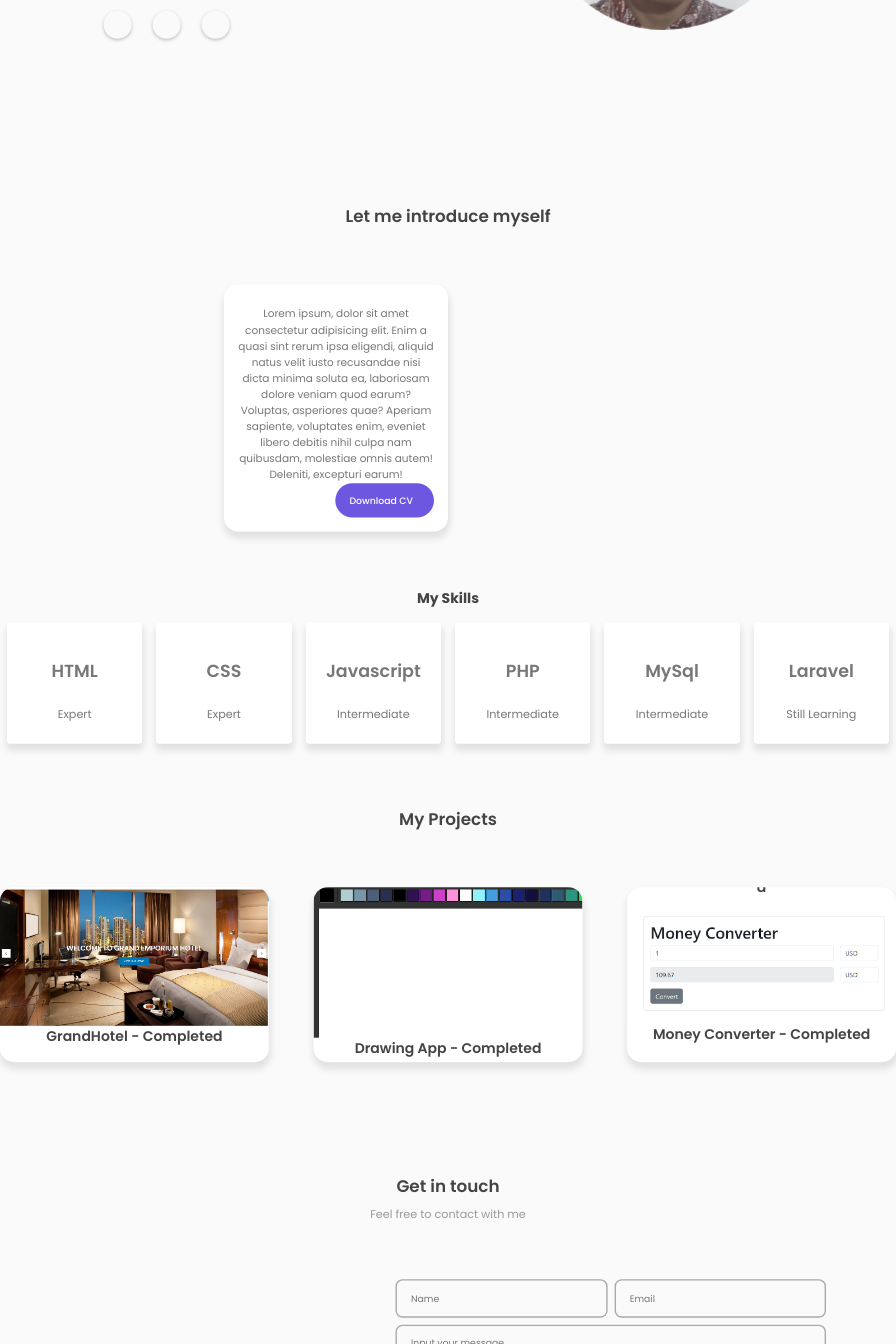
Repository: 4Kbrain/Portofolio
Page: index.html
An editor plug-in stored every save of this project. The page is shown before and after a run of saves, followed by the edit.
The browser window is 1280 px wide. The pictures show the part of the page from y = 508 to 2428 px (the page is 3116 px tall), at 70% of full size.
Some icons come from a web library that is not loaded, so they are not drawn.

Above is the page before, as saved 2024-05-15 19:15:55.
Console error: ReferenceError: ScrollReveal is not defined

After the next 4 saves:
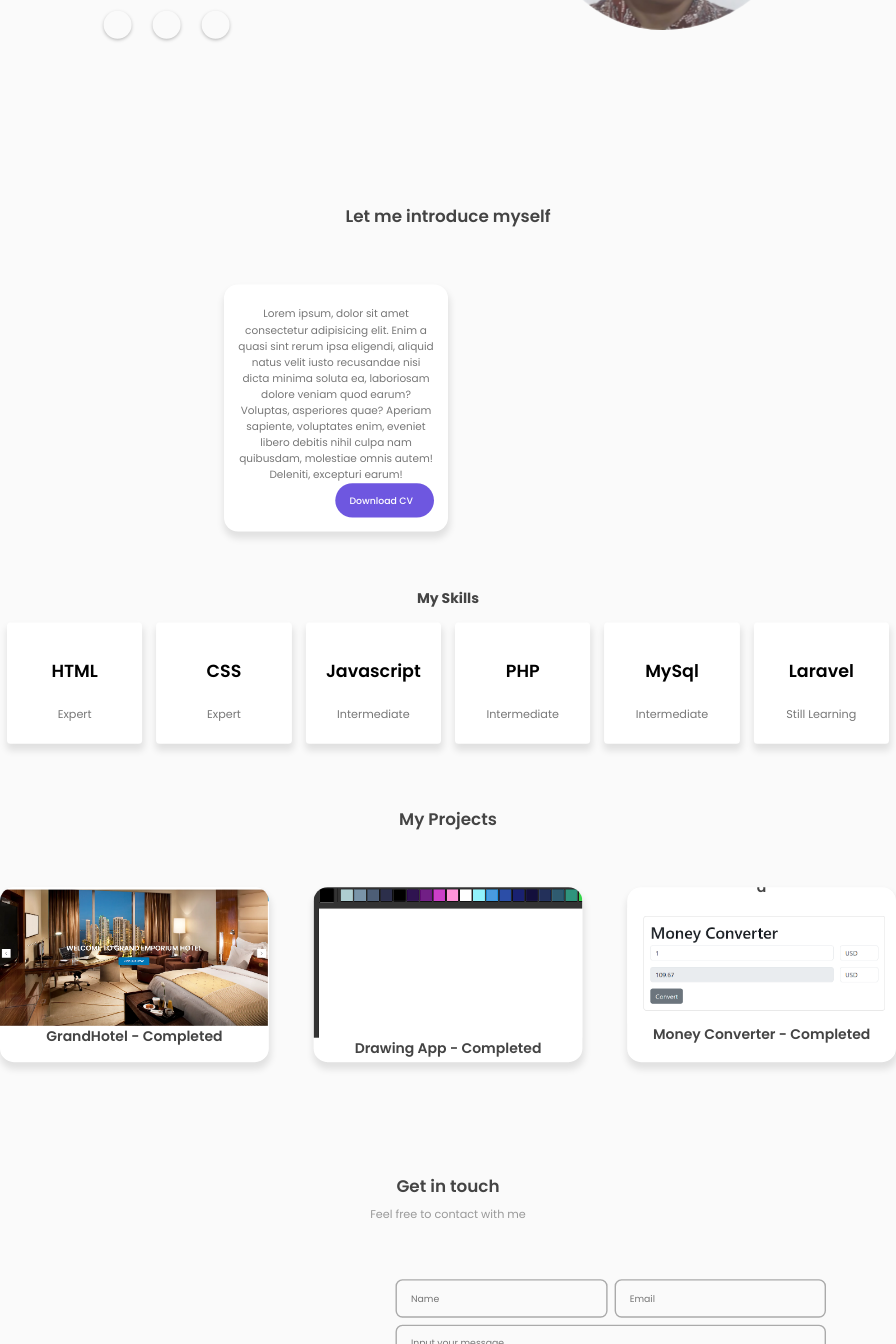
The 4 saves are shown as one change because they came seconds apart.
The last was saved 30 s later.
--- a/assets/css/style.css
+++ b/assets/css/style.css
@@ -353,7 +353,6 @@ h3{
     width: 45%;
     padding: 10px;
     background: white;
-    color: #777;
     border-radius: 5px;
     margin: 10px;
     transition: 0.5s;
@@ -377,6 +376,7 @@ h3{
     width: 100%;
     padding: 20px 0;
     text-align: center;
+    color: #777;
   }
   .skill .content .flex .kotak:hover{
     background: var(--first-color-hover);
